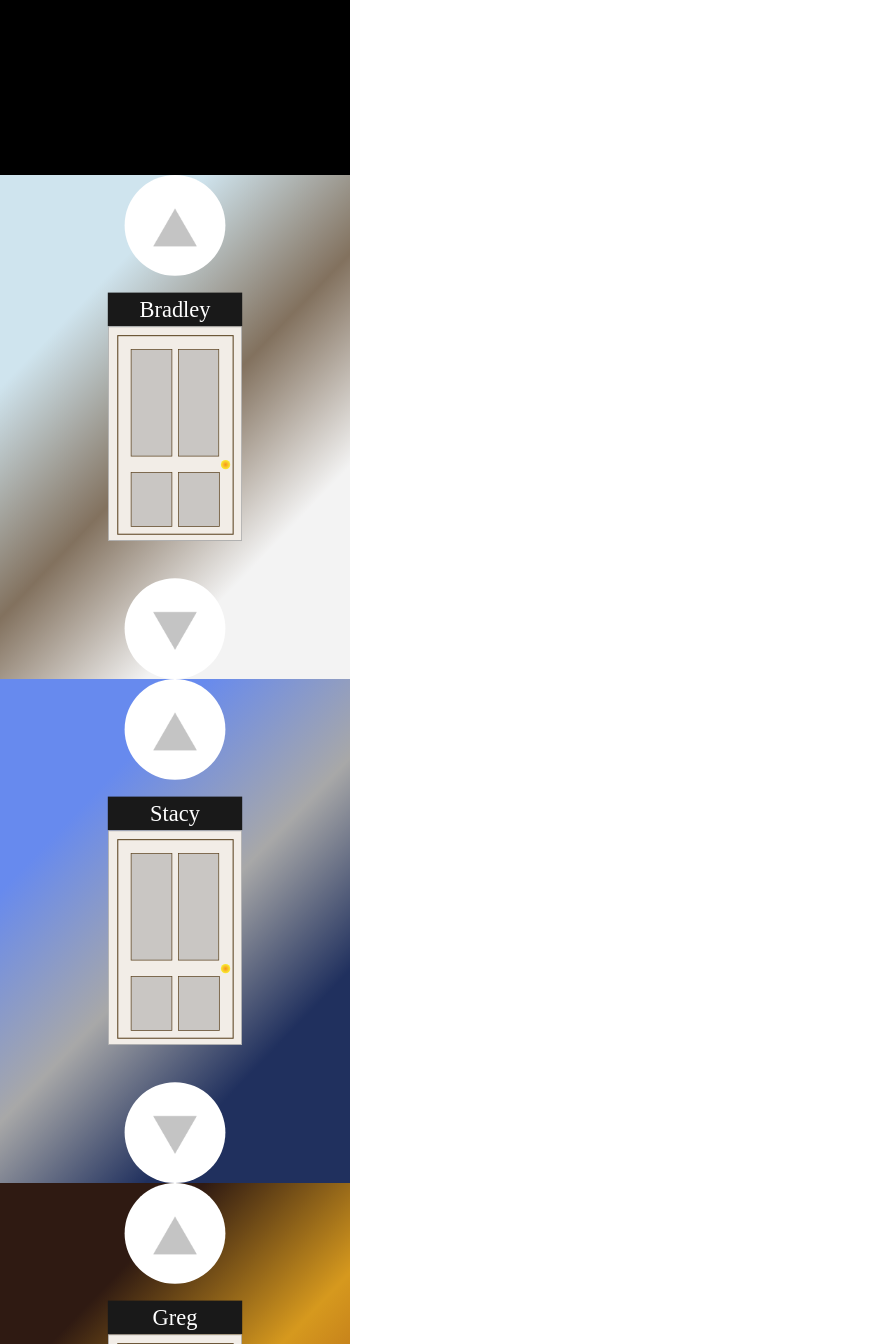
Repository: dnguyen130/HelpAHomieV3
Page: index.html
The author's editor kept a copy of each file at every save. The page is drawn from the files as they stood at one save, then again after the next save.
The browser window is 1280 px wide. The pictures show the part of the page from y = 470 to 2390 px (the page is 2880 px tall before and 720 px after), at 70% of full size.

Above is the page before, as saved 2021-03-10 22:25:46.

### index.html
<!DOCTYPE html>
<html lang="en">
<head>
    <meta charset="UTF-8">
    <meta http-equiv="X-UA-Compatible" content="IE=edge">
    <meta name="viewport" content="width=device-width, initial-scale=1.0">
    <link rel="stylesheet" href="styles.css" type="text/css">
    <title>Document</title>
</head>
<body>

    <div class="main">
        <div class="home height flex" onclick="HidePage('home')"></div>

        <div class="door-container">
            <div class="door-screen1 height flex">
            </div>
            <div class="door-screen2 height flex">
            </div>
            <div class="door-screen3 height flex">
            </div>
        </div>
    </div>

    <script src="./comps/Door/index.js"></script>
    <script src="./comps/TriangleButton/index.js"></script>
    <script src="navigation.js"></script>
    <script src="workflow.js"></script>
</body>
</html>

### styles.css
html, body{
    margin: 0;
}

.main{
    max-height: 100vh;
}

.home{
    background-color: black;
}

.flex{
    display: flex;
}

.none{
    display: none;
}

.height{
    height: 100vh;
    width: 500px;
    flex-direction: column;
    align-items: center;
    justify-content: space-between;
}

.door-screen1{
    background: linear-gradient(133.83deg, #CFE4EE 24.49%, #82715E 51.06%, #F3F3F3 75.51%);
}

.door-screen2{
    background: linear-gradient(133.83deg, #678AEE 24.49%, #A8A8A8 51.06%, #20305E 75.51%);
}

.door-screen3{
    background: linear-gradient(133.83deg, #2F1A12 24.49%, #D6991E 52.28%, #A95715 77.85%);
}

### comps/Door/index.js
function DoorUI(text="Bradley", image="images/doorclosed.svg", hoverimage="images/dooropened.svg"){
    return `
        <div style="
            width: 12rem;
            height: 24rem;
            display: flex;
            flex-direction: column;
            align-items: center;
        ">
            <div style="
                width: 12rem;
                height: 3rem;
                font-size: 2rem;
                background-color: #191919;
                color: white;
                display: flex;
                align-items: center;
                justify-content: center;
            ">${text}
            </div>
            <img
            src="${image}"
            onmouseover="this.src='${hoverimage}'"
            onmouseout="this.src='${image}'"
            />
        </div>
    `
}


// export const Door = DoorUI();

### comps/TriangleButton/index.js
function TriangleButtonUI(tri="images/Circle-Triangle.png") {
    return `
    <div style="
            width: 3rem;
            height: 3rem;
            display: flex;
            flex-direction: column;
            align-items: center;
            padding: 3rem;
            border-radius: 25rem;
            background-color: #FFFFFF;
        "
        onmouseover="this.style.boxShadow= '0px 0px 10px 5px rgba(251, 0, 181, 0.7)'"
        onmouseout="this.style.boxShadow='0px 0px 0px 0px rgba(251, 0, 181, 0.7)'"
        >
            <img
            src="${tri}"
            />
        </div>
    `
}

### navigation.js
function HomeToDoors(){
    document.querySelector(".home").classList.add("none");
    document.querySelector(".home").classList.add("none");
}

### workflow.js
document.querySelector(".door-screen1").innerHTML += TriangleButtonUI();
document.querySelector(".door-screen1").innerHTML += DoorUI()
document.querySelector(".door-screen1").innerHTML += TriangleButtonUI("images/Circle-Triangle-UpsideDown.png");

document.querySelector(".door-screen2").innerHTML += TriangleButtonUI();
document.querySelector(".door-screen2").innerHTML += DoorUI("Stacy");
document.querySelector(".door-screen2").innerHTML += TriangleButtonUI("images/Circle-Triangle-UpsideDown.png");

document.querySelector(".door-screen3").innerHTML += TriangleButtonUI();
document.querySelector(".door-screen3").innerHTML += DoorUI("Greg");
document.querySelector(".door-screen3").innerHTML += TriangleButtonUI("images/Circle-Triangle-UpsideDown.png");

After the next save:
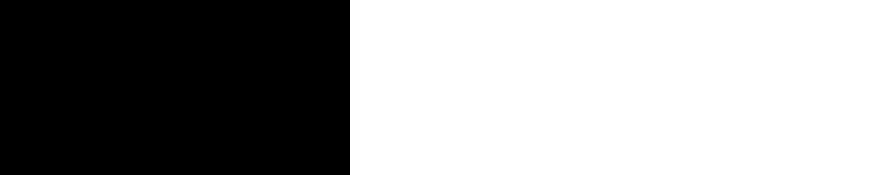
Saved 20 s later.
--- a/index.html
+++ b/index.html
@@ -12,7 +12,7 @@
     <div class="main">
         <div class="home height flex" onclick="HidePage('home')"></div>
 
-        <div class="door-container">
+        <div class="door-container none">
             <div class="door-screen1 height flex">
             </div>
             <div class="door-screen2 height flex">
